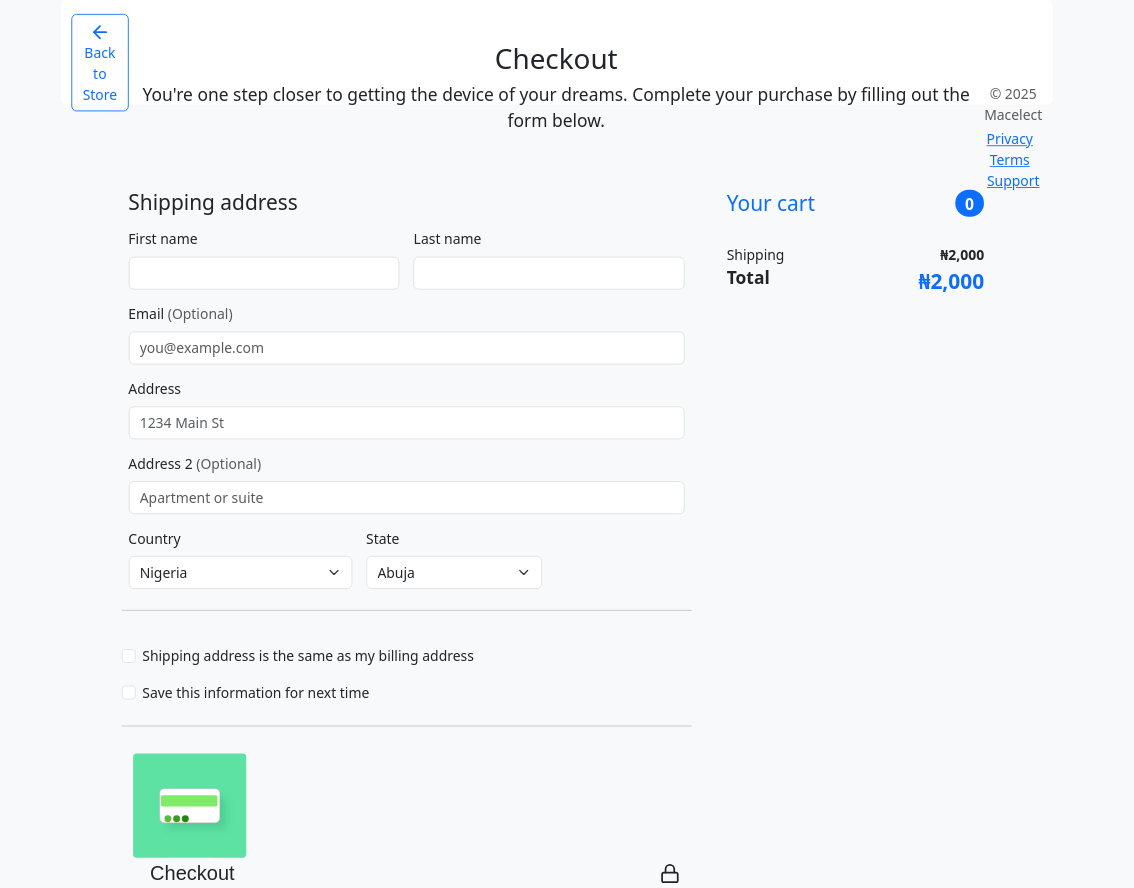
Repository: Davidobi21/macelect
Page: frontend/pages/checkout.html
The author's editor kept a copy of each file at every save. The page is drawn from the files as they stood at one save, then again after the next save.
The browser window is 1280 px wide. The page is 1280 px wide, then 1304 px, so the pictures cover 1304 px, including what lies to the right of the window. The pictures show the whole page, at 87% of full size.

Above is the page before, as saved 2025-05-06 10:05:47.

After the next save:
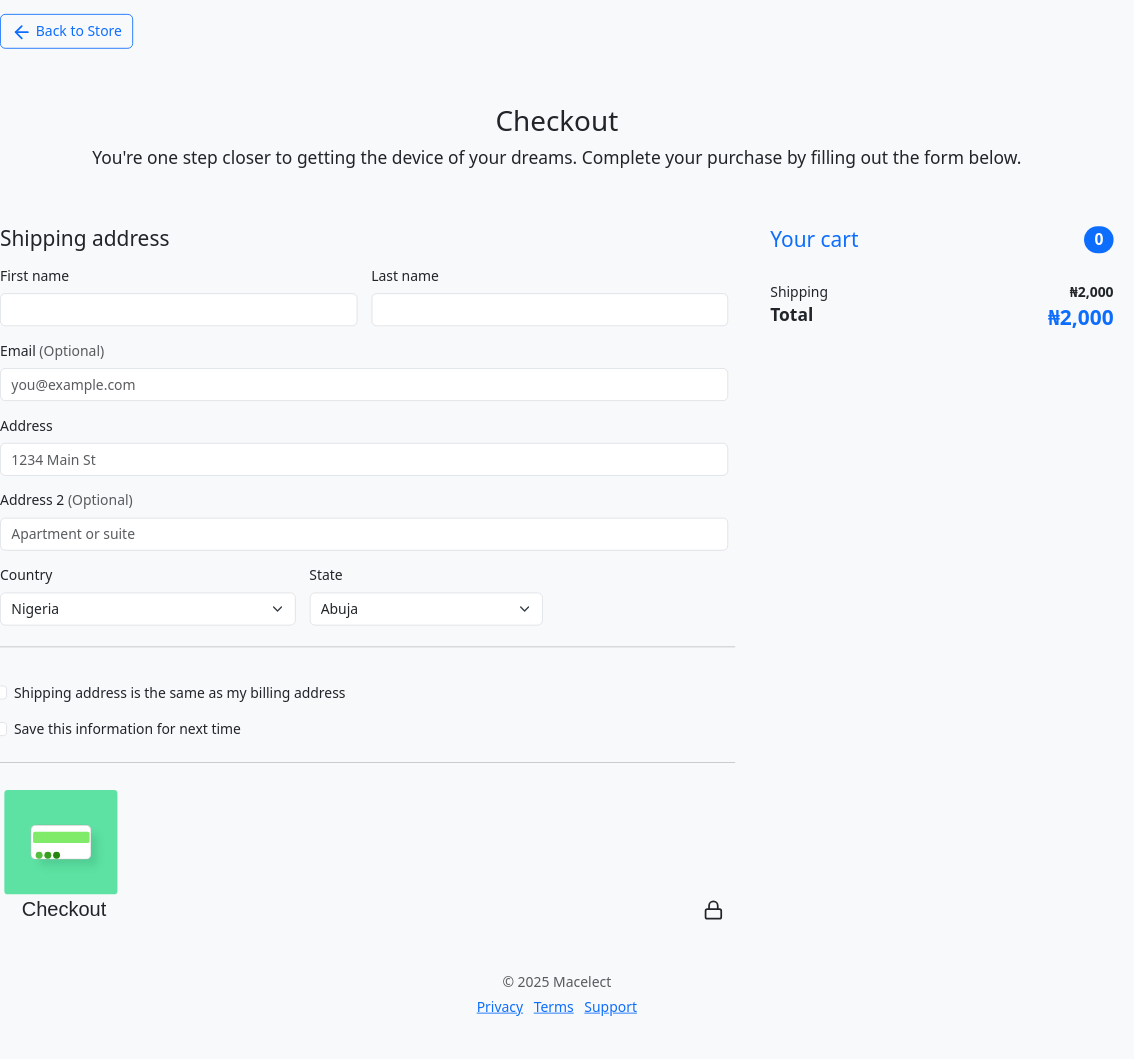
Saved 71 s later.
--- a/frontend/pages/checkout.html
+++ b/frontend/pages/checkout.html
@@ -12,7 +12,7 @@
   <link href="https://cdn.jsdelivr.net/npm/bootstrap@5.3.0-alpha1/dist/css/bootstrap.min.css" rel="stylesheet">
 </head>
 <body class="bg-light">
-  <div class="container">
+  <div class="maincontainer">
     <!-- Back Button -->
     <div class="py-3">
       <a href="../pages/products.html" class="btn btn-outline-primary align-items-center gap-2">
